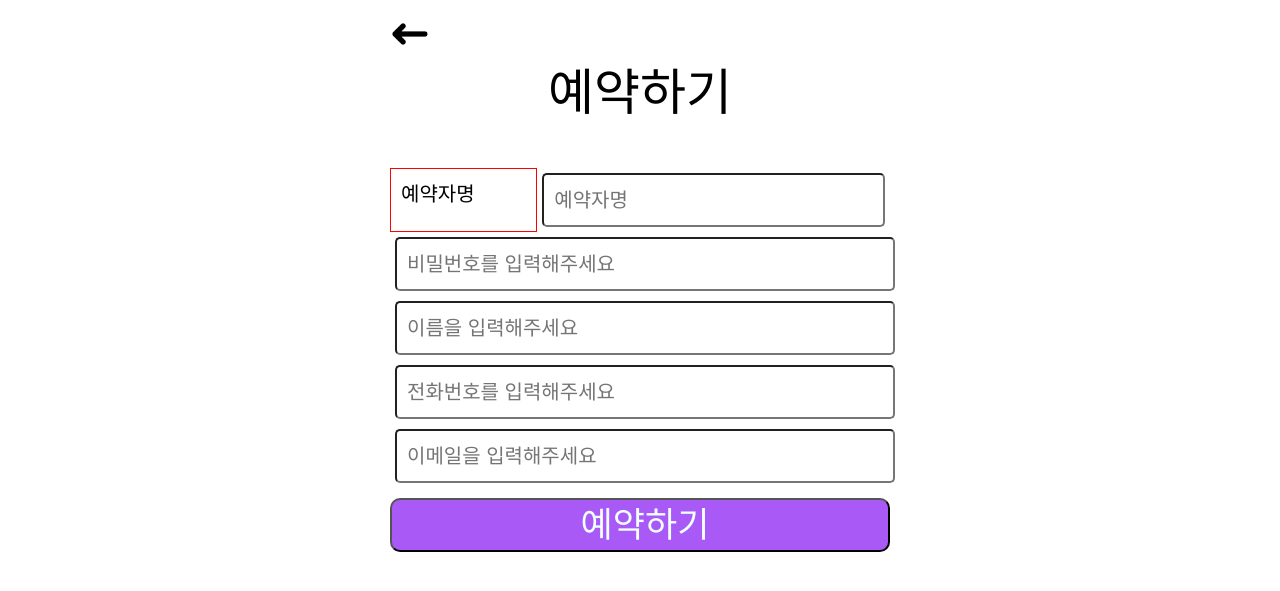
Repository: jaehunjeong4103/WebProject
Page: http://localhost/Web/view/reservation/reservation
These files come from the project's save history. The page is drawn as it stood at one moment and after the next save; the edit follows.
The browser window is 1280 px wide. The pictures show the whole page.
Some web fonts or font styles are not loaded; a fallback is used. The page is served by Tomcat 9. Other server files are loaded and not shown.

Above is the page before, as saved 2023-06-06 01:22:58.

### Web/src/main/webapp/WEB-INF/view/reservation/reservation.jsp
<%@ page language="java" contentType="text/html; charset=EUC-KR"
    pageEncoding="EUC-KR"%>
<!DOCTYPE html>
<html>
<head>
	<link rel="preconnect" href="https://fonts.googleapis.com">
	<link rel="preconnect" href="https://fonts.gstatic.com" crossorigin="crossorigin">
	<link href="https://fonts.googleapis.com/css2?family=Gowun+Dodum&family=Song+Myung&display=swap" rel="stylesheet">
	<link href="../../css/register.css?after" type="text/css" rel="stylesheet" />
	<link href="../../css/reservation.css?after" type="text/css" rel="stylesheet" />
	<meta charset="UTF-8">
<title>Insert title here</title>
</head>
<body>
	<header>
		<div id="arrow_body">
			<button onclick="history.back()"><image src="../../images/direction-arrow.png" alt="화살표" id="arrow"/></button>
		<div id="title">예약하기</div>
	</header>
	<div id="reservation_body">
		<form action="reservation" method="post">
			<section>
				<div class="input">
					<span>예약자명</span>
					<input type="text" placeholder="예약자명" class="input_text id" name="ID" value="${chkId}" readonly>
				</div>

				<input type="text" placeholder="비밀번호를 입력해주세요" class="input_text password" name="PASSWORD" readonly>
			  <input type="text" placeholder="이름을 입력해주세요" class="input_text name" name="NAME" readonly>
				<input type="text" placeholder="전화번호를 입력해주세요" class="input_text phone" name="PHONE" readonly>
				<input type="text" placeholder="이메일을 입력해주세요" class="input_text email" name="EMAIL" readonly>
		    <input type="submit" value="예약하기" class="button">
			</section>
		</form>
	</div>
</body>
</html>

### Web/src/main/java/controller/reservation/Reservation_controller.java
package controller.reservation;

import java.io.IOException;

import javax.servlet.ServletException;
import javax.servlet.annotation.WebServlet;
import javax.servlet.http.HttpServlet;
import javax.servlet.http.HttpServletRequest;
import javax.servlet.http.HttpServletResponse;

@WebServlet("/view/reservation/reservation")
public class Reservation_controller extends HttpServlet{
	@Override
	protected void doGet(HttpServletRequest request, HttpServletResponse response) throws ServletException, IOException {
		request.getRequestDispatcher("/WEB-INF/view/reservation/reservation.jsp").forward(request, response);
	}

	@Override
	protected void doPost(HttpServletRequest request, HttpServletResponse response) throws ServletException, IOException {
		request.getRequestDispatcher("/WEB-INF/view/reservation/reservation.jsp").forward(request, response);
	}
}

### Web/src/main/webapp/css/register.css
@charset "UTF-8";
* {padding: 0; margin: 0;}

button {border-width: 0;}

body {
	width: 500px;
	margin: auto;
	position: relative;
}

a#id_check {
	position: absolute;
	top: 191px;
	right: 10px;
}

img#arrow {
	width: 40px;
	height: 40px;
	position: absolute;
	transform: rotate(180deg);
}

div#title {
	font-size: 50px;
	text-align: center;
	line-height: 150px;
}

#section {
	margin-bottom: 20px;
	display: flex;
	flex-direction: row;
	justify-content: space-between;
}

label {
	width: 50%;
	font-size: 30px;
	line-height: 50px;
	text-align: center;
	color: gray;
	margin-left: 10px;
	margin-right: 20px;
}

input#male{
	margin-left: 20px;
}

input#male, input#female {
	position: relative;
	top: -4.5px;
}

.input_text {
	width: 100%;
	font-size: 20px;
	line-height: 50px;
	border-radius: 5px;
	padding-left: 10px;
	box-sizing: border-box;
	margin: 5px;
}

.button {
	width: 100%;
	margin: auto;
	margin-top: 10px;
	background-color: rgb(169, 89, 245);
	border-radius: 10px;
	text-align: center;
	font-size: 35px;
	color: azure;
	line-height: 50px;
	padding-left: 10px;
	box-sizing: border-box;
}

#register_button:disabled input type:submit{
	background-color: gray;
}

button:hover {cursor: pointer;}

.button:hover {cursor: pointer;}
.button:disabled {background-color: gray; color: white;}

a {
	color: black; text-decoration-line: none;
}

### Web/src/main/webapp/css/reservation.css
@charset "UTF-8";

* {margin: 0; padding: 0;}

div#reservation {
	width: 824px;
  margin: auto;
  border: 1px solid yellow;
  margin-top: 10px;
}

div#date_count {
	width: 784px;
	margin: auto;
	display: flex;
	flex-direction: row;
	justify-content: space-between;
	font-size: 20px;
}

div#date {
	width: 600px;
}

div#count {
	width: 200px;
	display: flex;
	flex-direction: row;
	justify-content: space-between;
	margin-bottom: 10px;
}

#room_box {
	width: 784px;
	margin: auto;
	margin-top: 10px;
	margin-bottom: 10px;
	border: 1px solid rgb(128, 0, 255);
	display: flex;
	flex-direction: column;
}

#room_list_head{
	width: 784px;
	height: 40px;
	margin: auto;
	display: flex;
	flex-direction: row;
	flex-wrap: nowrap;
	justify-content: space-between;
}

#room_list{
	width: 784px;
	margin: auto;
	display: flex;
	flex-direction: row;
	flex-wrap: wrap;
	justify-content: space-between;
}

#room_list_head div {
	font-size: 20px;
	text-align: center;
	line-height: 40px;
	border: 1px solid gray;
}

#room_list div {
	padding: 5px;
	font-size: 15px;
	border: 1px solid gray;
}

.room_name {
	width: 120px;
}
.room_max {
	width: 100px;
}
.room_price {
	width: 120px;
}
.room_facilities {
	width: 360px;
}
.room_reservation {
	width: 84px;
}

a.reserbation {
	color: black;
}

#room_list .room_name {
	text-align: center;
}

#room_list .room_max {
	text-align: center;
}

#room_list .room_reservation {
	text-align: center;
}

#reservation_body {
	width: 500px;
	margin: auto;
	position: relative;
}

#reservation_body span {

	width: 200px;
	font-size: 20px;
	padding-left: 10px;
	line-height: 50px;
	border: 1px solid red;
}

.input {
	display: flex;
	flex-direction: row;
	flex-wrap: nowrap;
}

After the next save:
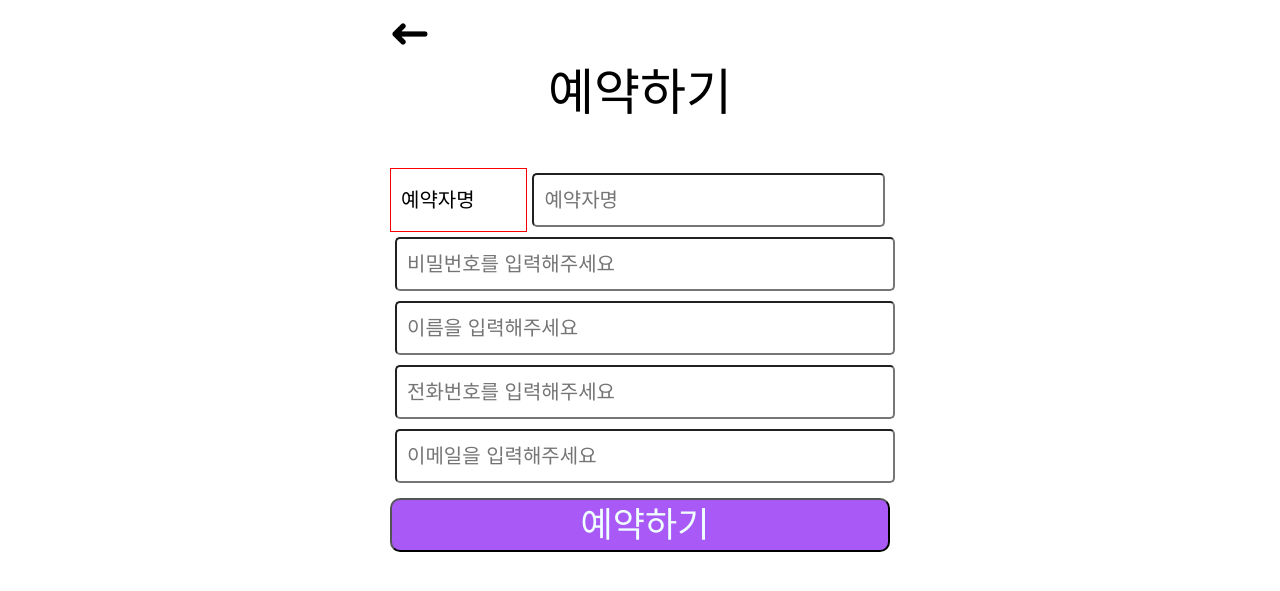
Saved 68 s later.
--- a/Web/src/main/webapp/css/reservation.css
+++ b/Web/src/main/webapp/css/reservation.css
@@ -111,11 +111,10 @@ a.reserbation {
 }
 
 #reservation_body span {
-
-	width: 200px;
+	width: 180px;
 	font-size: 20px;
 	padding-left: 10px;
-	line-height: 50px;
+	line-height: 62px;
 	border: 1px solid red;
 }
 
